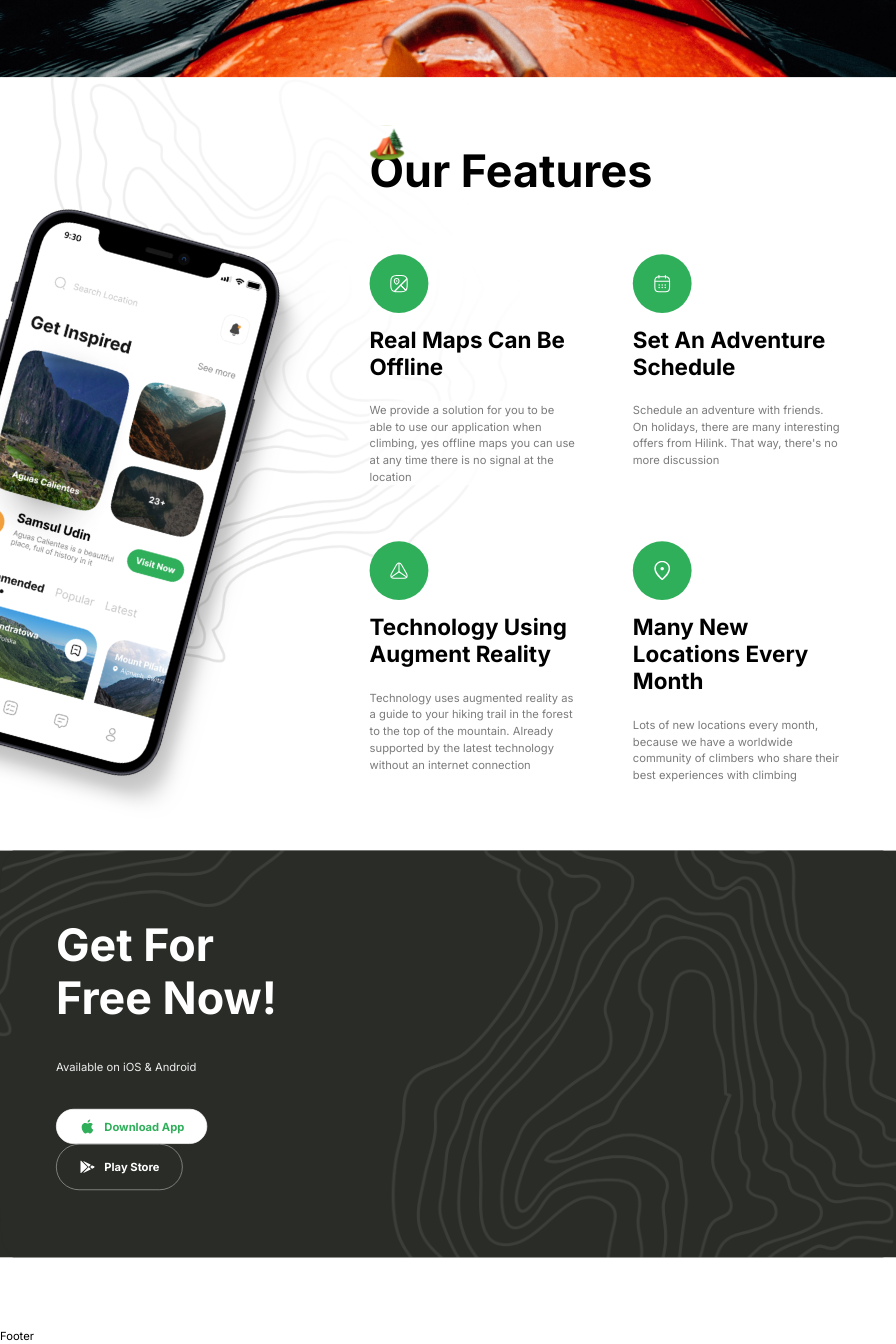
Repository: MikeeBuilds/camp
Page: /
These files come from the project's save history. The page is drawn as it stood at one moment and after the next save; the edit follows.
The browser window is 1280 px wide. The pictures show the part of the page from y = 2553 to 4473 px (the page is 4473 px tall), at 70% of full size.
The project was rebuilt for these pictures with package versions that can differ from the ones it lists, and the page was loaded fresh each time. The framework's server and built-in components were replaced by stand-ins that run in the browser. Also part of the build but not shown: next.config.js.

Above is the page before, as saved 2023-11-25 16:33:20.

After the next save:
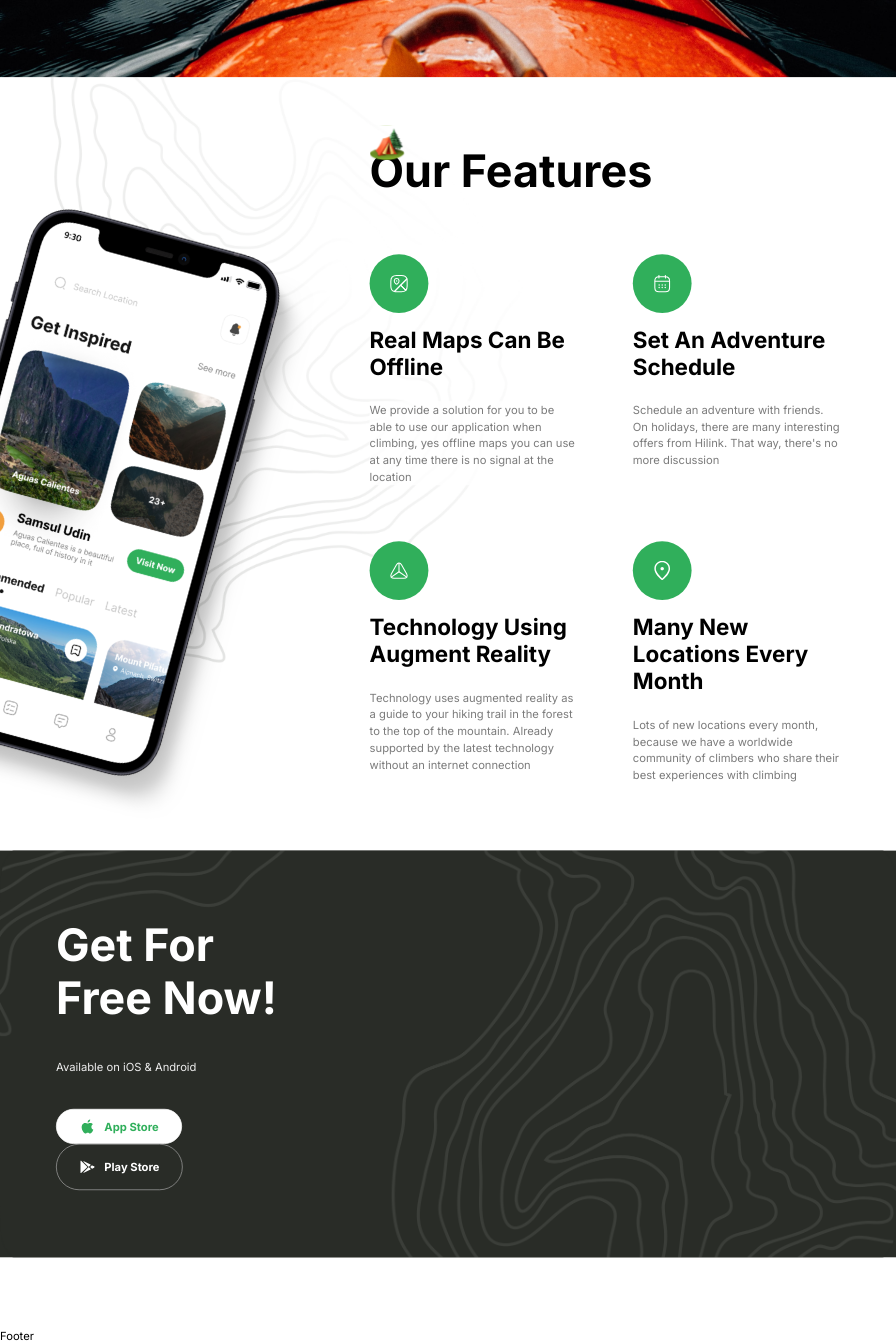
Saved 10 s later.
--- a/components/GetApp.tsx
+++ b/components/GetApp.tsx
@@ -12,7 +12,7 @@
           <div>
             <Button
               type="button"
-              title="Download App"
+              title="App Store"
               icon="/apple.svg"
               variant="btn_white"
               full
